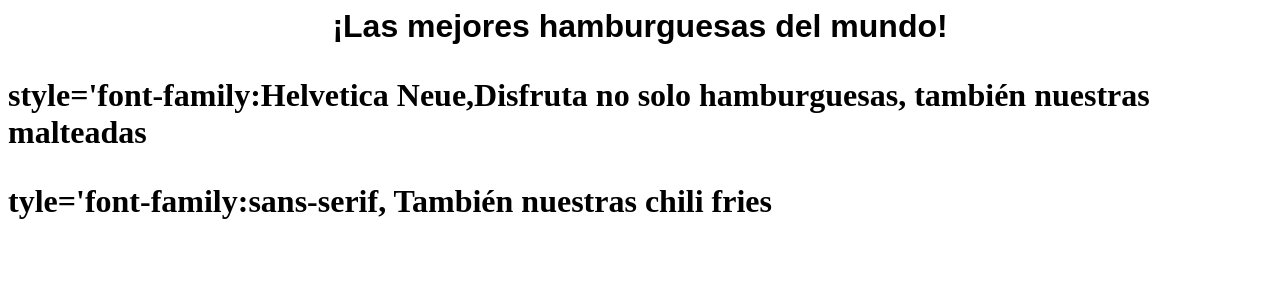
Repository: Andres250602/auth.django
Page: http://localhost/
These files come from the project's save history. The page is drawn as it stood at one moment and after the next save; the edit follows.
The browser window is 1280 px wide. The pictures show the whole page.
The page is served by the project's application, run on Django 5.2 (manage.py).

Above is the page before, as saved 2024-04-05 11:22:58.

After the next save:
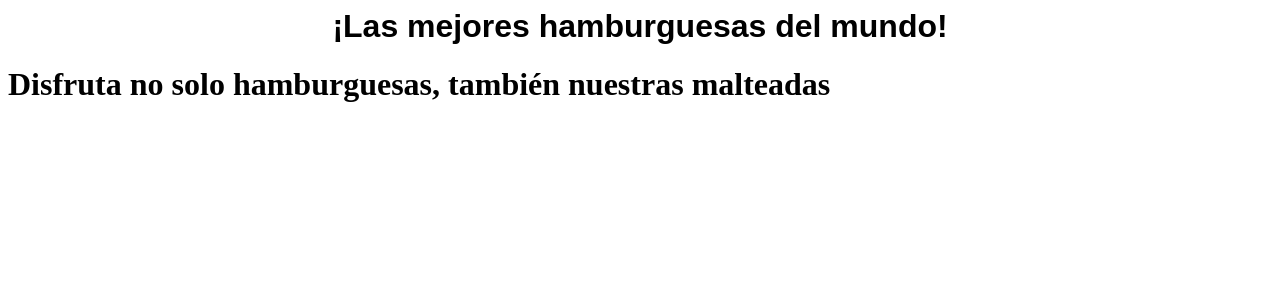
Saved 71 s later.
--- a/myapp/views.py
+++ b/myapp/views.py
@@ -1,4 +1,4 @@
 from django.http import HttpResponse
 # Create your views here.
 def hello(request):
-    return HttpResponse ("<h1 style='font-family: Arial, sans-serif; text-align: center;'>¡Las mejores hamburguesas del mundo!<h1>\n<p>style='font-family:Helvetica Neue,Disfruta no solo hamburguesas, también nuestras malteadas\n<p>tyle='font-family:sans-serif, También nuestras chili fries<p>")
+    return HttpResponse ("<h1 style='font-family: Arial, sans-serif; text-align: center;'>¡Las mejores hamburguesas del mundo!<h1>\n<pstyle='font-family:Helvetica Neue>Disfruta no solo hamburguesas, también nuestras malteadas\n<p style='font-family:sans-serif> También nuestras chili fries<p>")
